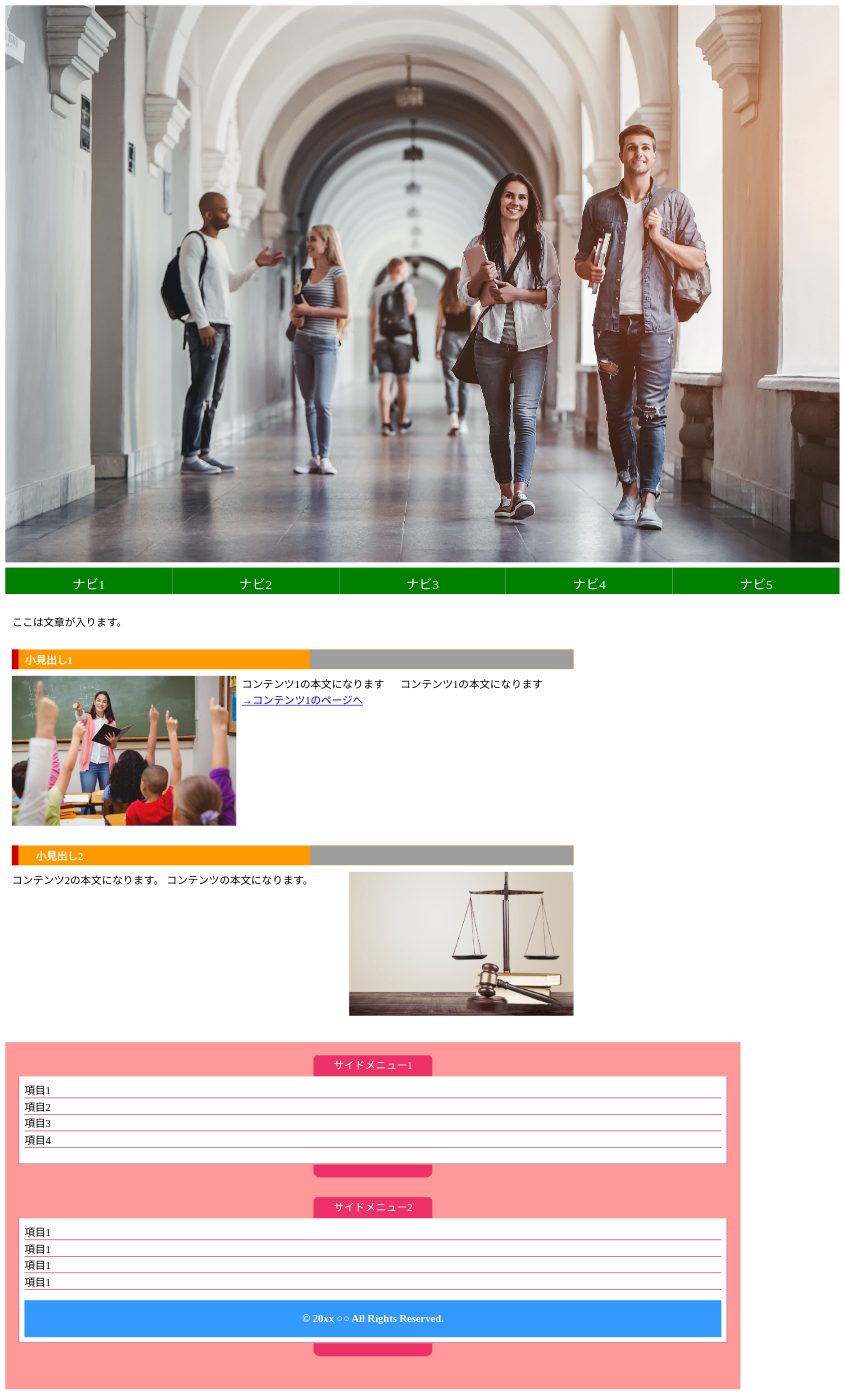
Repository: katsuya-ohkubo/samurai.-HTML-CSS
Page: home.html
The author's editor kept a record of every edit. The page is drawn from the files as they stood at one moment, then again after the next edit.
The browser window is 1280 px wide. The pictures show the whole page, at 66% of full size.
Pictures or frames that could not be fetched are drawn as grey boxes.

Above is the page before.

### home.html
<!DOCTYPE html>
<html lang="ja">
 <head>
  <meta charset="UTF-8">
  <title>HTML/CSSの学習</title>
  <link rel="stylesheet" href="stylesheet.css">
 </head>
 <body>
   <div id="header">
    <h1><a href="index.html"><img id="corridor" src="images/corridor.jpg" alt="大学の廊下"/></a></h1>
   </div>
  <div id="wrapper">
     <div id="nav">
      <ul>
       <li><a href="home.html">ナビ1</a></li>
       <li><a href="#">ナビ2</a></li>
       <li><a href="#">ナビ3</a></li>
       <li><a href="#">ナビ4</a></li>
       <li><a href="#">ナビ5</a></li>
      </ul>
     </div>
     <div id="container">
      <div id="main">
       <div class="post">
        <p>ここは文章が入ります。</p>
       </div>
       <div class="post clearfix">
        <h2>小見出し1</h2>
        <img class="left" src="images/classroom.jpg" alt="授業風景"/>
        <p>コンテンツ1の本文になります
        　  コンテンツ1の本文になります
        </p>
        <p><a href="#">→コンテンツ1のページへ</a></p>
       </div>
       <div class="post clearfix">
        <h2>　小見出し2</h2>
        <img class="right" src="images/scale.jpg" alt="天秤">
        <p>コンテンツ2の本文になります。
           コンテンツの本文になります。
        </p>
       </div>
     </div>
  </div>
     <div id="side">
      <div class="box">
       <h2>サイドメニュー1</h2>
       <div class="boxbody">
        <ul>
         <li>項目1</li>
         <li>項目2</li>
         <li>項目3</li>
         <li>項目4</li>
        </ul>
       </div>
      </div>
      <div class="box">
       <h2>サイドメニュー2</h2>
       <div class="boxbody">
        <ul>
         <li>項目1</li>
         <li>項目1</li>
         <li>項目1</li>
         <li>項目1</li>
        </ul>
    <div id="footer">
     <p>&copy; 20xx ○○ All Rights Reserved.</p>
    </div>
 </body>
</html>

### stylesheet.css
@charset ""utf-8";

body {
    margin: 0;
    padding: 0;
    font-family: "ヒラギノ角ゴ Pro W3" , "Hiragino Kaku Gothic Pro" , "メイリオ"
    color: #333;
    font-size: 13px;
    line-height: 150%;
}

/*------------- wrapper -------------- */

#wrapper {
    width: 100%;
    margin: auto;
    padding: 0px;
    border: 0px;
    background-color: #FFF;
    top: 10px;
}

/*------------- header ---------------- */

#header {
    width: 100%;
}

#header h1 {
    margin: 0;
    padding: 0;
}

#corridor {
    width: 100%;
    height: auto;
}

/*---------footer---------*/

#footer {
    clear: both;
    width: 100%;
    padding: 3px 0 3px 0;
    background: #39F;
    color: #FFF;
    font-weight: bold;
    text-align: center;
}

/*--------nav--------------*/

#nav {
    width: 100%;
}

#nav ul {
    display:flex;
    margin: 0;
    padding: 0;
    list-style-type: none;
}

#nav ul li {
    width: 20%;
    text-align: center;
}

#nav ul li a {
    display: block;
    height: 20px;
    margin: 0;
    padding: 10px;
    color: #FFF;
    font-size: 20px;
    text-decoration: none;
    background-color: green;
}

/*--------container----------*/
#container {
    width: 100%;
    margin: auto;
    padding: auto;
    padding-top: 20px;
    clear: both;
    display: grid;
    grid-template-columns: 70vw 30vw;
}

/*---------main---------*/
#main {
    width: 95%;
    padding: 10px 30px 10px 10px;
}

#main h2 {
    margin: 0 0 10px 0;
    padding: 3px 10px 3px 10px;
    color: #FFF;
    font-size: 16px;
    border-left: solid 10px #C00;
    background: #F90 url(../images/main_h2.jpg) right top repeat-y;
}

#main p {
    margin: 0;
    padding: 0;
}

#main .post {
    margin: 0 0 30px 0;
}

#main .post img.left {
    margin: 0 8px 0 0;
}

.right {
    float: right;
    width: 40%;
    height: auto;
}

.left {
    float: left;
    width: 40%;
    height: auto;
}

/*-----------clearfix-------*/
.clearfix {
    zoom: 1;
}

.clearfix:after {
    content: "";
    display: block;
    clear: both;
}

/*-------side------*/
#side {
    width: 85%;
    padding: 20px;
    background-color: #F99;
}

#side .box {
    margin: 0 auto 30px auto;
    padding: 0 0 20px 0;
    background: url(images/side_box.png) bottom no-repeat;
}

#side .box h2 {
    margin: 0;
    padding: 8px;
    text-align: center;
    color: #FFF;
    font-size: 16px;
    line-height: 16px;
    font-weight: normal;
    background: url(images/side_box_h2.png) center no-repeat;
}

#side .box .boxbody {
    padding: 8px;
    border-right: solid 1px #C36;
    border-bottom: solid 1px #C36;
    border-left: solid 1px #C36;
    background: #fff;
}

#side .box .boxbody ul {
    margin: 0 0 16px 0;
    padding: 0;
}

#side .box .boxbody ul li {
    padding 8px 0 8px 4px;
    list-style: none;
    border-bottom: solid 1px #C36;
}

#side .box .boxbody ul li:hover {
    padding: 8px 0 8px 4px;
    list-style: none;
    border-bottom: solid 1px #C36;
    box-shadow: 0px 4px 4px rgba(0, 0, 0, 0.3);
}

After the next edit:
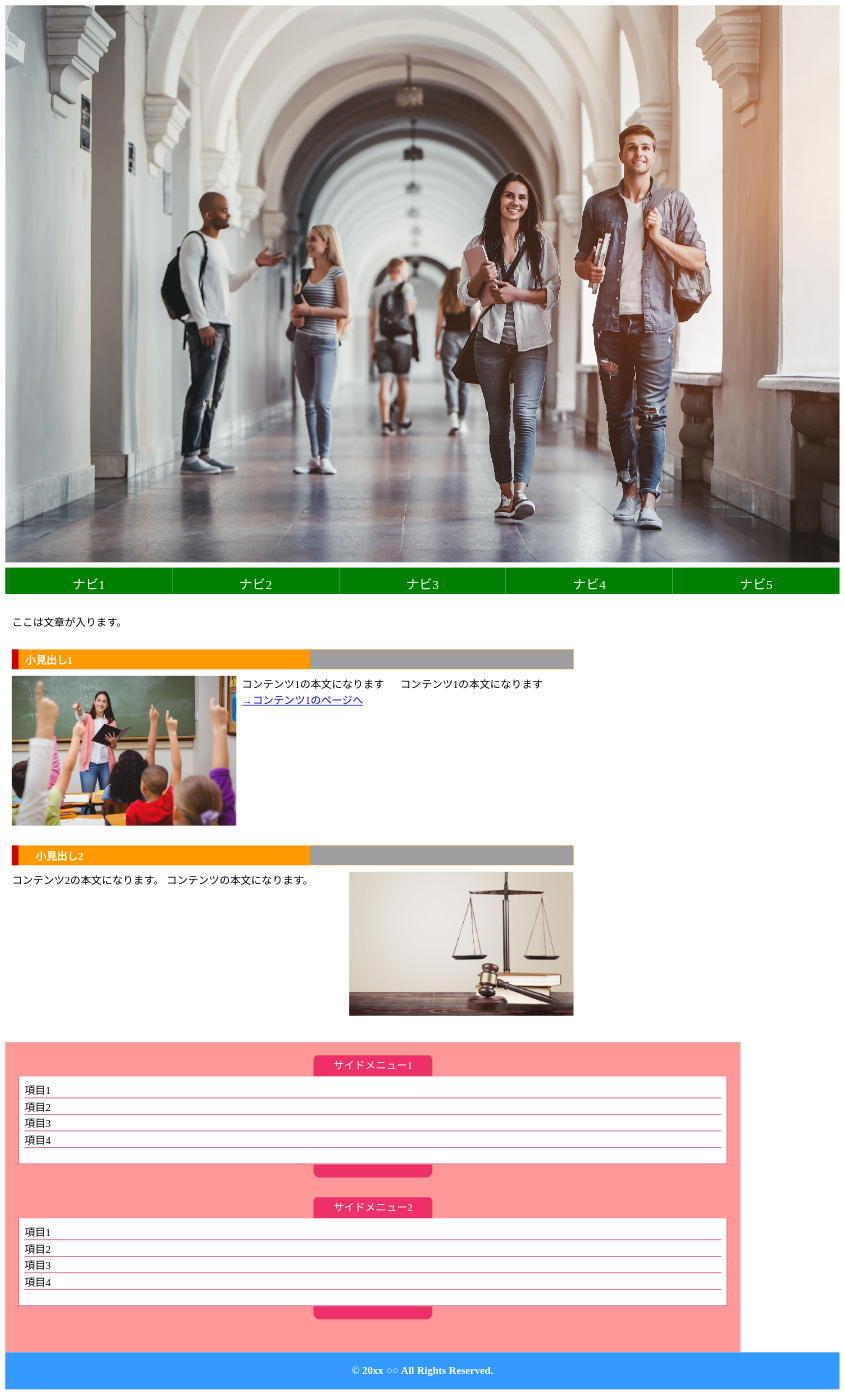
The edit:
--- a/home.html
+++ b/home.html
@@ -58,10 +58,13 @@
        <div class="boxbody">
         <ul>
          <li>項目1</li>
-         <li>項目1</li>
-         <li>項目1</li>
-         <li>項目1</li>
+         <li>項目2</li>
+         <li>項目3</li>
+         <li>項目4</li>
         </ul>
+       </div>
+      </div>
+     </div>
     <div id="footer">
      <p>&copy; 20xx ○○ All Rights Reserved.</p>
     </div>
